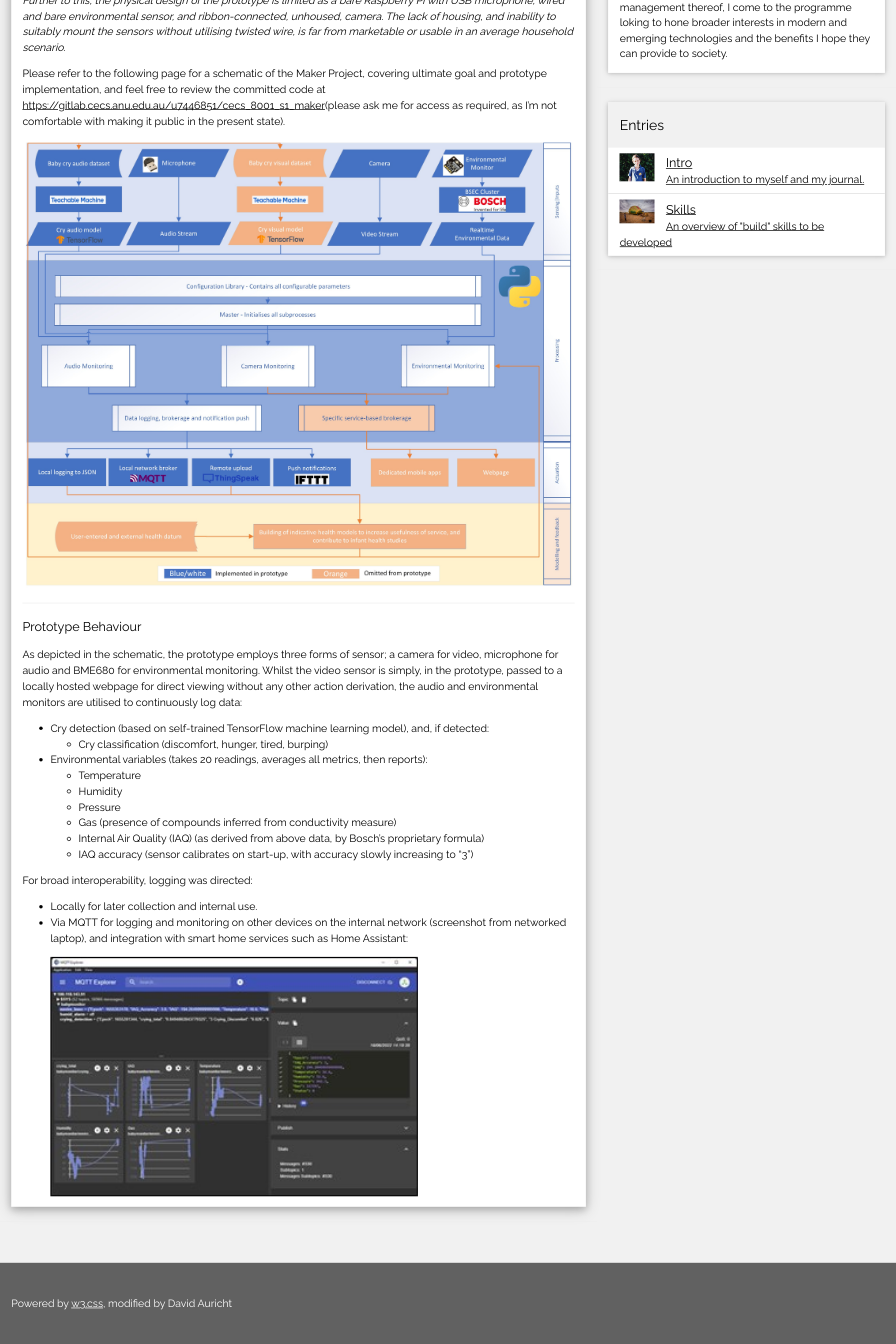
Repository: TodaysSawyer/cecs_8001_journal
Page: CECS_8001_build_journal/maker_project.html
An editor plug-in stored every save of this project. The page is shown before and after the next save, followed by the edit.
The browser window is 1280 px wide. The pictures show the part of the page from y = 770 to 2690 px (the page is 2690 px tall before and 2642 px after), at 70% of full size.

Above is the page before, as saved 2022-08-23 10:22:21.

After the next save:
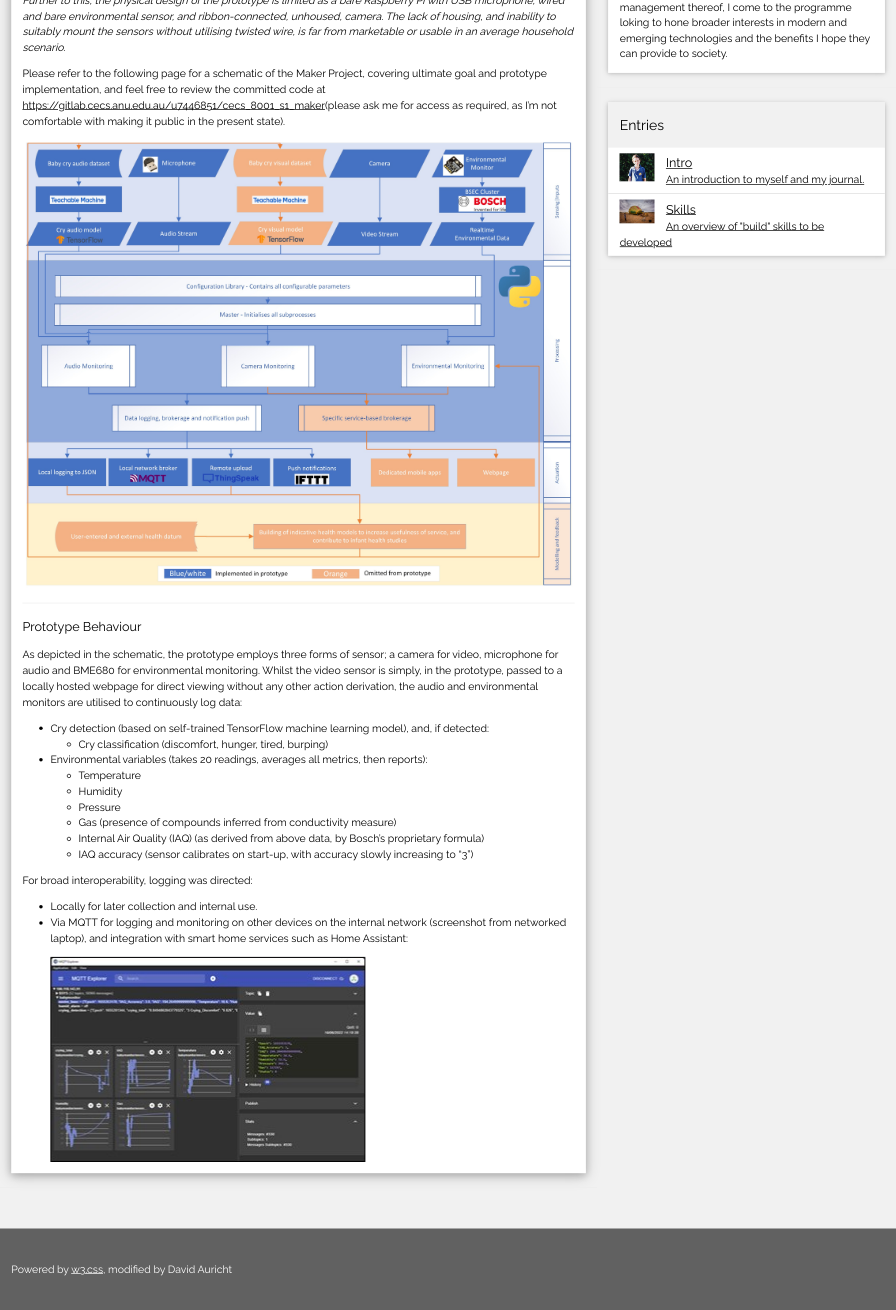
Saved 30 s later.
--- a/CECS_8001_build_journal/maker_project.html
+++ b/CECS_8001_build_journal/maker_project.html
@@ -81,7 +81,7 @@
       <ul>
         <li>Locally for later collection and internal use.</li>
         <li>Via MQTT for logging and monitoring on other devices on the internal network (screenshot from networked laptop), and integration with smart home services such as Home Assistant:</li>
-        <p><img src="maker_mqtt.jpg" alt="Maker project: MQTT logging" style="width:70%" class="center"></p>
+        <p><img src="maker_mqtt.jpg" alt="Maker project: MQTT logging" style="width:60%" class="center"></p>
       </ul>
 
 
